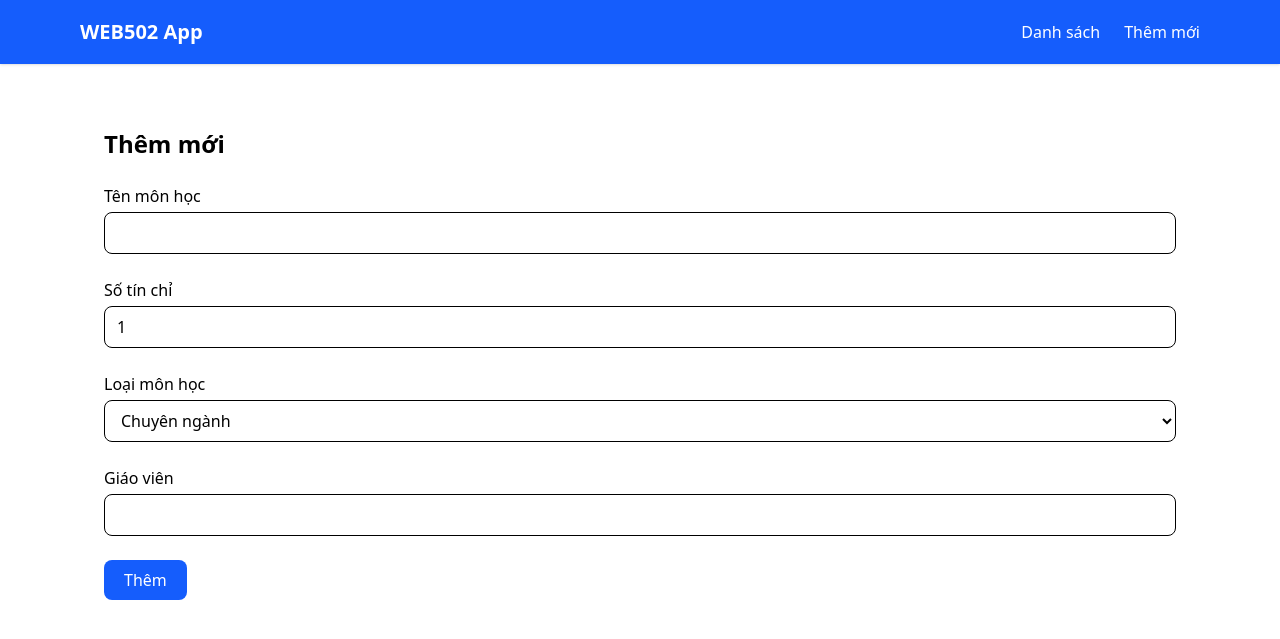
Repository: DODUCHUY195/Lap_Trinh_TypeScript
Page: /add
These files come from the project's save history. The page is drawn as it stood at one moment and after the next save; the edit follows.
The browser window is 1280 px wide. The pictures show the whole page.
The project was rebuilt for these pictures with package versions that can differ from the ones it lists, and the page was loaded fresh each time. Also part of the build but not shown: vite.config.ts, src/pages/List.tsx, src/pages/Edit.tsx.

Above is the page before, as saved 2026-01-21 13:54:28.

After the next save:
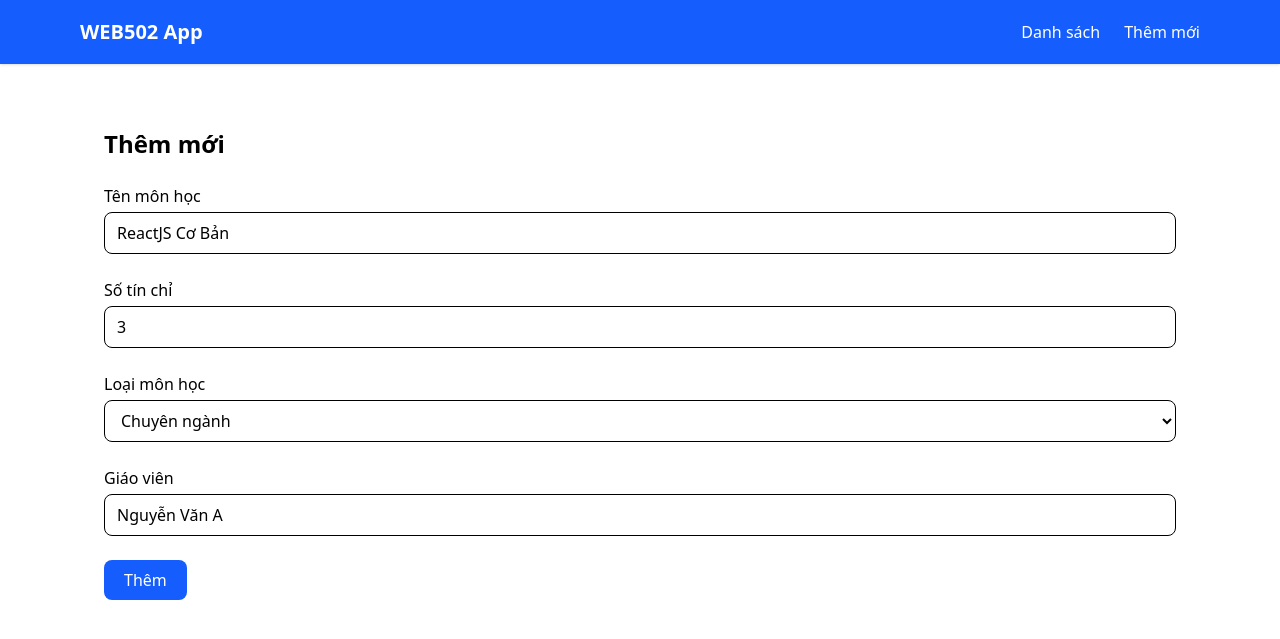
Saved 2 min 4 s later.
--- a/src/pages/Add.tsx
+++ b/src/pages/Add.tsx
@@ -12,10 +12,10 @@ type FormData = {
 function AddPage() {
   const navigate = useNavigate();
   const [form, setForm] = useState<FormData>({
-    name: "",
-    credit: 1,
+    name: "ReactJS Cơ Bản",
+    credit: 3,
     category: "Chuyên ngành",
-    teacher: "",
+    teacher: "Nguyễn Văn A",
   });
   const [errors, setErrors] = useState<Partial<Record<keyof FormData, string>>>({});
   const [submitting, setSubmitting] = useState(false);
